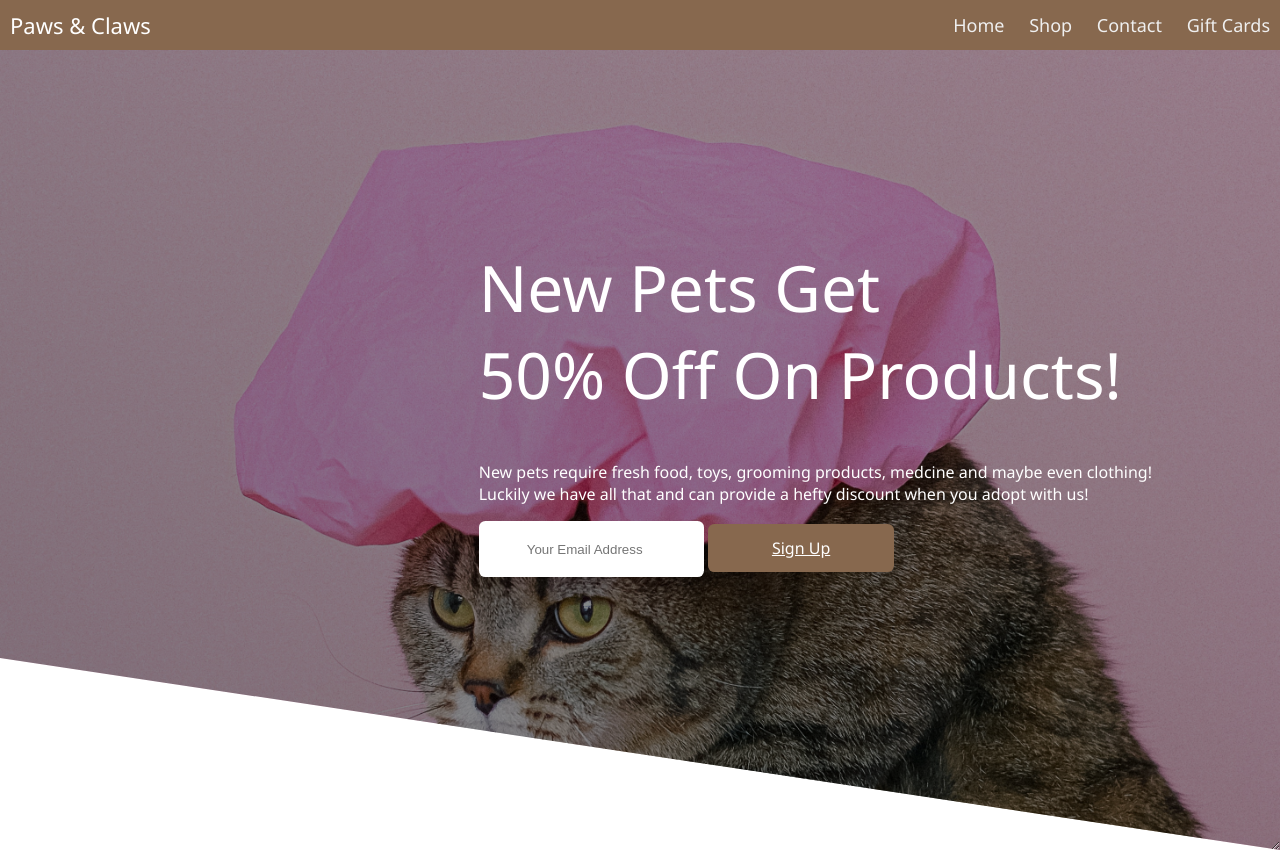
Repository: LtGriff/petProject
Page: dist/about.html
The author's editor kept a copy of each file at every save. The page is drawn from the files as they stood at one save, then again after the next save.
The browser window is 1280 px wide. The pictures show the whole page.
Backgrounds fixed to the window are drawn as part of the page.

Above is the page before, as saved 2022-05-19 07:56:09.

### dist/about.html
<!DOCTYPE html>
<html lang="en">
<head>
    <meta charset="UTF-8">
    <meta http-equiv="X-UA-Compatible" content="IE=edge">
    <meta name="viewport" content="width=device-width, initial-scale=1.0">
    <link rel="stylesheet" type="text/css" href="../CSS/about.css">
    <title>About the Animal House</title>
</head>
<body>
<!-------------NAV***************BAR----------------------->

    <div class="nav">
        <input type="checkbox" id="nav-check">
        <div class="nav-header">
          <div class="nav-title">
            Paws & Claws
          </div>
        </div>
        <div class="nav-btn">
          <label for="nav-check">
            <span></span>
            <span></span>
            <span></span>
          </label>
        </div>

        <div class="nav-links">
          <a href="index.html" target="">Home</a>
          <a href="shop.html" target="_blank">Shop</a>
          <a href="contact.html" target="_blank">Contact</a>
          <a href="giftcard.html" target="_blank">Gift Cards</a>
        </div>
      </div>

    <!-------------NAV*******BAR********END----------------------->


 <!------------------HEADER*******SECTION---------------------->


 <div class="dogfield"></div>

 <header id="header-section">
  <div class="header-text container">
      <h1>New Pets Get <br> 50%  Off On Products!</h1>
      <p>
         New pets require fresh food, toys, grooming products, medcine and maybe even clothing!<br> Luckily we have all that and can provide a hefty discount when you adopt with us!
      </p>
      <input id="userInput" type="email" placeholder="Your Email Address" required>
      <a class="cta" href="#">Sign Up</a>
      <p id="error">Please provide a valid email address</p>
  </div>
</header>










</body>
</html>

### dist/CSS/about.css
/** NAV BAR **/

* {
    box-sizing: border-box;
  }

  body {
    margin: 0px;
    font-family: 'segoe ui';
  }

  .nav {
    height: 50px;
    width: 100%;
    background-color: #87684e;

  /**
    opacity: .5;
    filter: alpha(opacity=50);
    position: relative;**/
    /* z-index: ; */


    box-shadow:
    0 2.8px 2.2px rgba(0, 0, 0, 0.034),
    0 6.7px 5.3px rgba(0, 0, 0, 0.048),
    0 12.5px 10px rgba(0, 0, 0, 0.06),
    0 22.3px 17.9px rgba(11, 4, 4, 0.072),
    0 41.8px 33.4px rgba(0, 0, 0, 0.086),
    0 100px 80px rgba(0, 0, 0, 0.12);
  }

  .nav > .nav-header {
    display: inline;
  }

  .nav > .nav-header > .nav-title {
    display: inline-block;
    font-size: 22px;
    color: #fff;
    padding: 10px 10px 10px 10px;
  }

  .nav > .nav-btn {
    display: none;
  }

  .nav > .nav-links {
    display: inline;
    float: right;
    z-index: 9;
    font-size: 18px;
  }

  .nav > .nav-links > a {
    display: inline-block;
    padding: 13px 10px 13px 10px;
    text-decoration: none;
    color: #efefef;
  }

  .nav > .nav-links > a:hover {
    background-color: rgba(0, 0, 0, 0.3);
  }

  .nav > #nav-check {
    display: none;
  }


 /** HEADER SECTION **/

#header-section{
    height: 90vh;
    background-image: linear-gradient(
        to left bottom,
        rgba(0, 0, 0, 0.4),
        rgba(0, 0, 0, 0.5)),
    url("../img/catpink.jpg");
    background-attachment: fixed;
    background-size: cover;
    background-repeat: no-repeat;
    width:auto;
    height: 800px;
    resize: both;
    overflow: scroll;
    clip-path: polygon(0% 0%,100% 0%,100% 100%,0% 76%);

  }



  .header-text {
    position: absolute;
    top: 28%;
    right: 10%;
    color: #ffffff;
  }

  .header-text h1 {
    font-size: 4rem;
    font-weight: 500;
  }

  .header-text p {
    margin-bottom: 1rem;
  }

  #header-section input {
    width: 225px;
    height: 3.5rem;
    border-radius: 0.4rem;
    border: none;
    padding: 0.5rem 3rem;
  }

  .cta {
    background-color: #87684e;
    padding: 0.8rem 4rem;
    border-radius: 0.4rem;
    color: #fff;
    font-weight: 400;
  }

  .cta:hover {
    transform: translateY(-3px);
    box-shadow: 0 1rem 2rem rgba(0, 0, 0, .2);
  }

  .cta:active {
    transform: translateY(-1px);
    box-shadow: 0 .5rem 1rem rgba(0, 0, 0, .2);
  }

  .cta::after {
    content: "";
    display: inline-block;
    height: 100%;
    width: 100%;
    border-radius: 10rem;
    position: absolute;
    top: 0;
    left: 0;
    z-index: -1;
    transition: all .4s;
  }

  .cta:hover::after {
    transform: scaleX(1.4) scaleY(1.6);
    opacity: 0;
  }

  #error {
    color: red;
    font-weight: 600;
    display: none;
    margin-top: 1rem;
    transition: all 0.5s ease-in;
  }

@media (max-width:600px) {
    .nav > .nav-btn {
      display: inline-block;
      position: absolute;
      right: 0px;
      top: 0px;
    }
    .nav > .nav-btn > label {
      display: inline-block;
      width: 50px;
      height: 50px;
      padding: 13px;
    }
    .nav > .nav-btn > label:hover,.nav  #nav-check:checked ~ .nav-btn > label {
      background-color: rgba(0, 0, 0, 0.3);
    }
    .nav > .nav-btn > label > span {
      display: block;
      width: 25px;
      height: 10px;
      border-top: 2px solid #eee;
    }
    .nav > .nav-links {
      position: absolute;
      display: block;
      width: 100%;
      background: rgb(234,212,189);
      background: linear-gradient(7deg, rgba(234,212,189,1) 0%, rgba(204,175,140,1) 24%, rgba(191,161,124,1) 64%, rgba(135,104,78,1) 98%);
      height: 0px;
      transition: all 0.3s ease-in;
      overflow-y: hidden;
      top: 50px;
      left: 0px;
    }
    .nav > .nav-links > a {
      display: block;
      width: 100%;
    }
    .nav > #nav-check:not(:checked) ~ .nav-links {
      height: 0px;
    }
    .nav > #nav-check:checked ~ .nav-links {
      height: calc(28vh - 50px);
      overflow-y: auto;
    }

  }

After the next save:
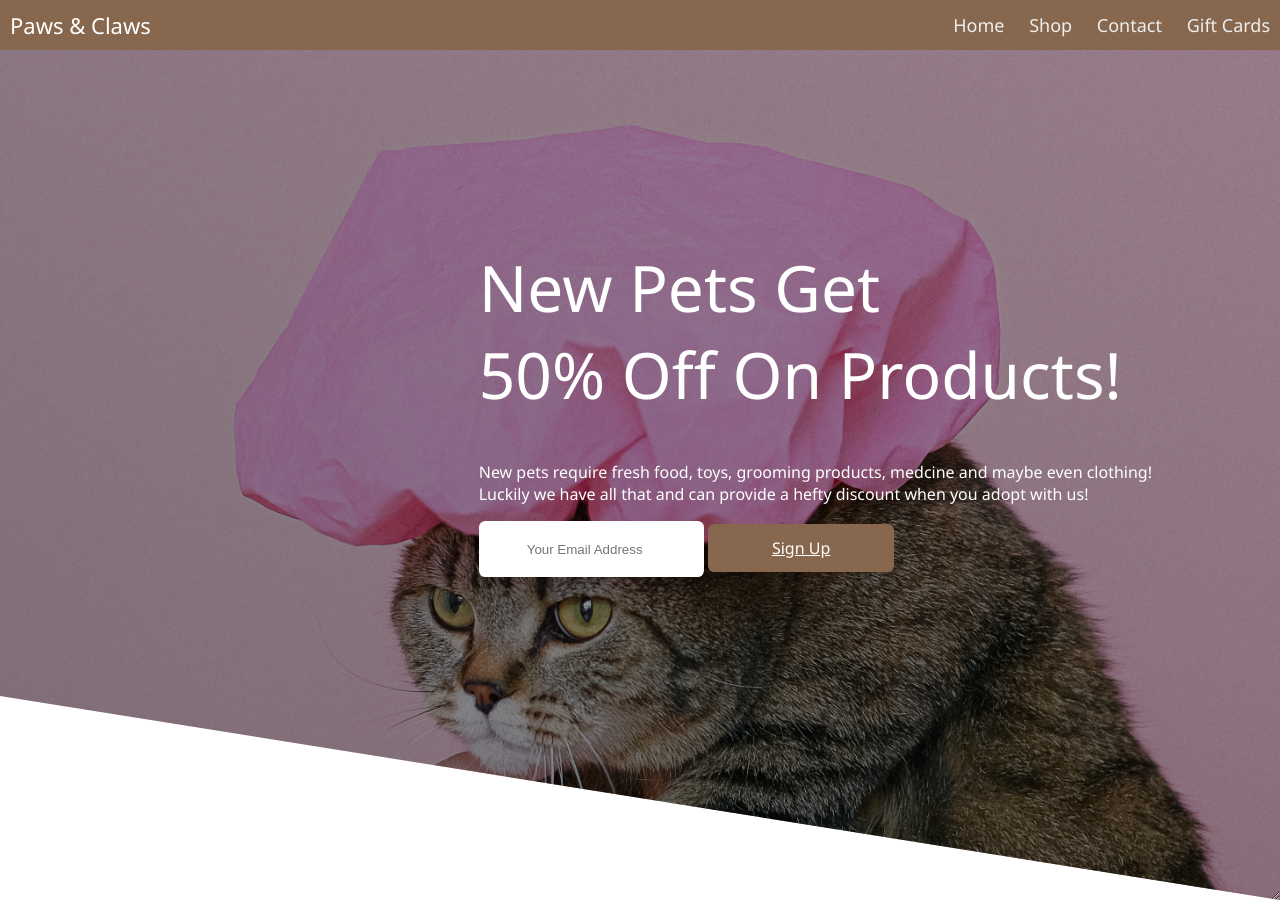
Saved 4 s later.
--- a/dist/CSS/about.css
+++ b/dist/CSS/about.css
@@ -81,7 +81,7 @@
     background-size: cover;
     background-repeat: no-repeat;
     width:auto;
-    height: 800px;
+    height: 850px;
     resize: both;
     overflow: scroll;
     clip-path: polygon(0% 0%,100% 0%,100% 100%,0% 76%);
